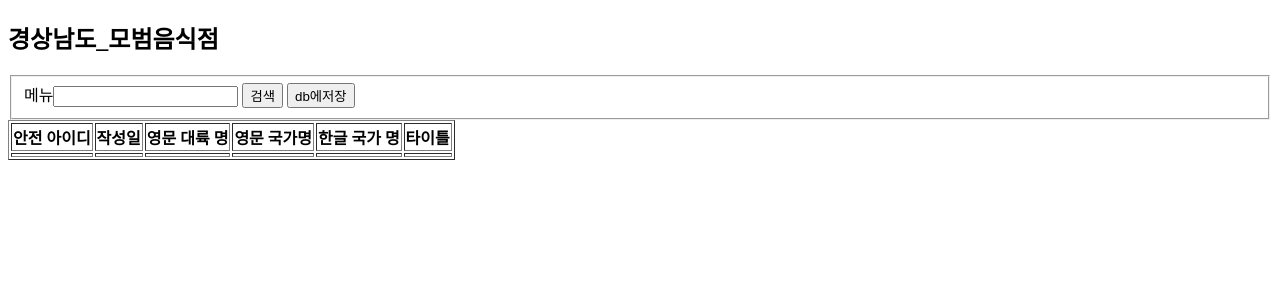
Repository: Sewoong-Lee/jsp
Page: http://localhost/jsp01/foodapi/foodlist.jsp
The author's editor kept a copy of each file at every save. The page is drawn from the files as they stood at one save, then again after the next save.
The browser window is 1280 px wide. The pictures show the whole page.
The page is served by Tomcat 9. The template is opened directly, without the code that normally fills it, so the values that code supplies are empty.

Above is the page before, as saved 2021-06-28 11:07:10.

After the next save:
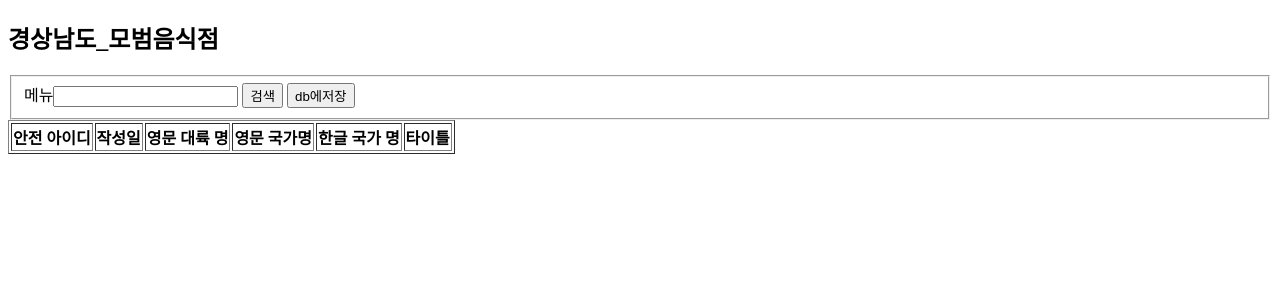
Saved 8 s later.
--- a/source/jsp01/WebContent/foodapi/foodlist.jsp
+++ b/source/jsp01/WebContent/foodapi/foodlist.jsp
@@ -1,5 +1,8 @@
 <%@ page language="java" contentType="text/html; charset=UTF-8"
     pageEncoding="UTF-8"%>
+<%@taglib prefix="c" uri="http://java.sun.com/jsp/jstl/core" %>
+<!-- contextpath 변수 생성 -->
+<c:set var="path" value="${pageContext.request.contextPath}"/>
 <!DOCTYPE html>
 <html>
 <head>
